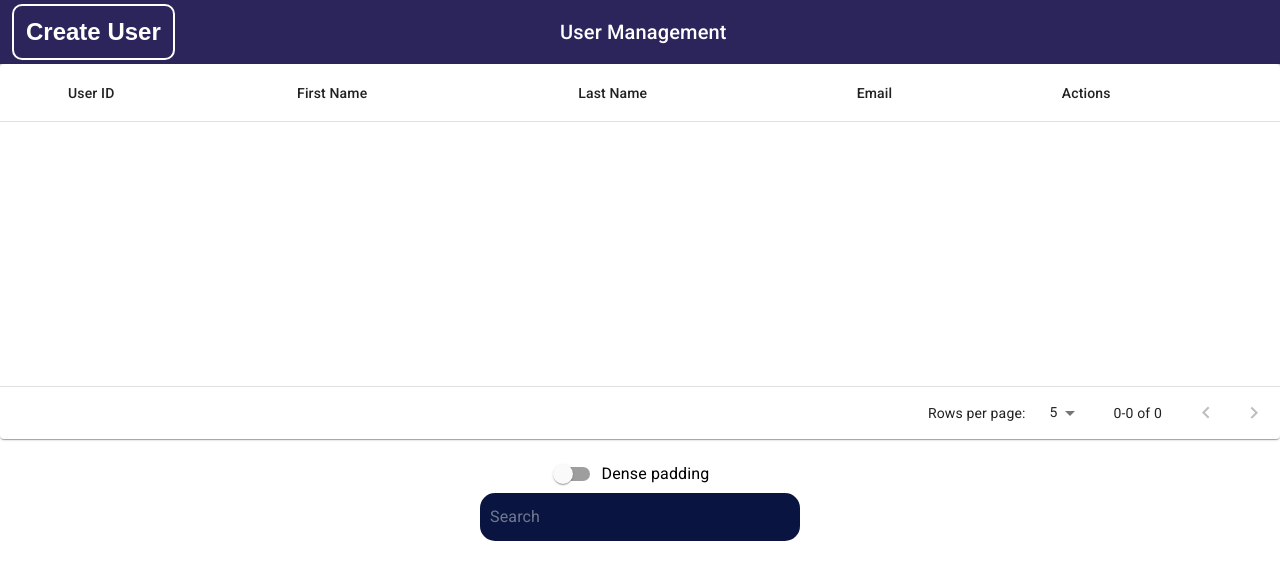
Repository: ginkakuzmanova/simple-user-management-system
Page: / (app in user-management-system/)
The author's editor kept a copy of each file at every save. The page is drawn from the files as they stood at one save, then again after a run of saves.
The browser window is 1280 px wide. The pictures show the whole page.
The project was rebuilt for these pictures with package versions that can differ from the ones it lists, and the page was loaded fresh each time. Also part of the build but not shown: user-management-system/src/components/FormHeader.js, user-management-system/src/validation/userSchema.js, user-management-system/src/pages/users/UserEditForm.js, user-management-system/src/pages/users/UsersEditing.js, user-management-system/src/components/Notification.js, user-management-system/src/pages/users/UserForm.js, user-management-system/src/pages/users/UsersAddition.js.

Above is the page before, as saved 2020-10-31 13:51:08.

### user-management-system/public/index.html
<!DOCTYPE html>
<html lang="en">
  <head>
    <meta charset="utf-8" />
    <link rel="icon" href="%PUBLIC_URL%/favicon.svg" />
    <meta name="viewport" content="width=device-width, initial-scale=1" />
    <meta name="theme-color" content="#000000" />
    <meta
      name="description"
      content="Web site created using create-react-app"
    />
    <link rel="manifest" href="%PUBLIC_URL%/manifest.json" />
    <link rel="stylesheet" href="https://fonts.googleapis.com/css?family=Roboto:300,400,500,700&display=swap" />
    <link rel="stylesheet" href="https://fonts.googleapis.com/icon?family=Material+Icons" />
    <title>User management</title>
  </head>
  <body>
    <noscript>You need to enable JavaScript to run this app.</noscript>
    <div id="root"></div>

  </body>
</html>

### user-management-system/src/index.js
import React from "react";
import ReactDOM from "react-dom";
import "./index.css";
import App from "./App";
import { Provider } from "react-redux";
import { store, persistor } from "./store";
import { PersistGate } from "redux-persist/integration/react";

const renderApp = () =>
  ReactDOM.render(
    <React.StrictMode>
      <Provider store={store}>
        <PersistGate loading={null} persistor={persistor}>
          <App />
        </PersistGate>
      </Provider>
    </React.StrictMode>,
    document.getElementById("root")
  );

if (module.hot) {
  module.hot.accept("./App", renderApp);
}

renderApp();

### user-management-system/src/App.js
import React from "react";
import "./App.css";
import { BrowserRouter } from "react-router-dom";
import Header from "./components/Header";
import { AppRoutes } from "./AppRoutes";

function App() {
  return (
    <div className='App'>
      <BrowserRouter>
        <Header />
        <AppRoutes />
      </BrowserRouter>
    </div>
  );
}
export default App;

### user-management-system/src/store/index.js
import { configureStore, getDefaultMiddleware } from "@reduxjs/toolkit";
import { rootReducer } from "./rootReducer.js";
import {
  persistStore,
  persistReducer,
  FLUSH,
  REHYDRATE,
  PAUSE,
  PERSIST,
  PURGE,
  REGISTER,
} from "redux-persist";
import storage from "redux-persist/lib/storage";

const persistConfig = {
  key: "root",
  version: 1,
  storage,
};

const persistedReducer = persistReducer(persistConfig, rootReducer);

const store = configureStore({
  reducer: persistedReducer,
  middleware: getDefaultMiddleware({
    serializableCheck: {
      ignoredActions: [FLUSH, REHYDRATE, PAUSE, PERSIST, PURGE, REGISTER],
    },
  }),
});

let persistor = persistStore(store);

export { store, persistor };

### user-management-system/src/components/Header.js
import React from "react";
import AppBar from "@material-ui/core/AppBar";
import Toolbar from "@material-ui/core/Toolbar";
import IconButton from "@material-ui/core/IconButton";
import Typography from "@material-ui/core/Typography";
import { makeStyles } from "@material-ui/core/styles";
import { useHistory } from "react-router-dom";

const useStyles = makeStyles((theme) => ({
  root: {
    flexGrow: 1,
  },
  menuButton: {
    marginRight: theme.spacing(2),
    border: "2px solid white",
    borderRadius: "10px !important",
  },
  title: {
    flexGrow: 1,
    display: "none",
    marginRight: "10rem",
    [theme.breakpoints.up("sm")]: {
      display: "block",
    },
  },
  inputRoot: {
    color: "inherit",
  },
  inputInput: {
    padding: theme.spacing(1, 1, 1, 0),
    paddingLeft: `calc(1em + ${theme.spacing(4)}px)`,
    transition: theme.transitions.create("width"),
    width: "100%",
    [theme.breakpoints.up("sm")]: {
      width: "12ch",
      "&:focus": {
        width: "20ch",
      },
    },
  },
  appBar: {
    backgroundColor: "rgb(44, 37, 92)",
  },
}));

export default function Header() {
  const history = useHistory();
  const classes = useStyles();
  return (
    <div className={classes.root}>
      <AppBar position='static' className={classes.appBar}>
        <Toolbar>
          <IconButton
            edge='start'
            className={classes.menuButton}
            color='inherit'
            aria-label='open drawer'
            onClick={() => history.push("/add")}
          >
            <b>Create User</b>
          </IconButton>
          <Typography className={classes.title} variant='h6' noWrap>
            User Management
          </Typography>
        </Toolbar>
      </AppBar>
    </div>
  );
}

### user-management-system/src/AppRoutes.js
import React from "react";
import { Route, Switch } from "react-router-dom";
import UsersTable from "./pages/users/UsersList";
import UsersAddition from "./pages/users/UsersAddition";

const AppRoutes = () => {
  return (
    <Switch>
      <Route exact path='/'>
        <UsersTable />
      </Route>
      <Route path='/add'>
        <UsersAddition />
      </Route>
    </Switch>
  );
};

export { AppRoutes };

### user-management-system/src/store/rootReducer.js
import { combineReducers } from "redux";
import { copyReducer } from "./copySlice";
import { usersReducer } from "./usersSlice";

export const rootReducer = combineReducers({
  users: usersReducer,
  copyUsers: copyReducer
});

### user-management-system/src/pages/users/UsersList.js
import React, {useEffect}from "react";
import PropTypes from "prop-types";
import { makeStyles } from "@material-ui/core/styles";
import { Button } from "@material-ui/core";
import Table from "@material-ui/core/Table";
import TableBody from "@material-ui/core/TableBody";
import TableCell from "@material-ui/core/TableCell";
import TableContainer from "@material-ui/core/TableContainer";
import TableHead from "@material-ui/core/TableHead";
import TablePagination from "@material-ui/core/TablePagination";
import TableRow from "@material-ui/core/TableRow";
import TableSortLabel from "@material-ui/core/TableSortLabel";
import Paper from "@material-ui/core/Paper";
import Checkbox from "@material-ui/core/Checkbox";
import InputBase from "@material-ui/core/InputBase";
import FormControlLabel from "@material-ui/core/FormControlLabel";
import Switch from "@material-ui/core/Switch";
import { useSelector, useDispatch } from "react-redux";
import EditDialog from "../../components/EditDialog";
import ConfirmDialog from "../../components/ConfirmDialog";
import UsersEditing from "./UsersEditing";
import { copyUsers, filterUsers } from "../../store/copySlice";

function descendingComparator(a, b, orderBy) {
  if (b[orderBy] < a[orderBy]) {
    return -1;
  }
  if (b[orderBy] > a[orderBy]) {
    return 1;
  }
  return 0;
}

function getComparator(order, orderBy) {
  return order === "desc"
    ? (a, b) => descendingComparator(a, b, orderBy)
    : (a, b) => -descendingComparator(a, b, orderBy);
}

function stableSort(array, comparator) {
  const stabilizedThis = array.map((el, index) => [el, index]);
  stabilizedThis.sort((a, b) => {
    const order = comparator(a[0], b[0]);
    if (order !== 0) return order;
    return a[1] - b[1];
  });

  return stabilizedThis.map((el) => el[0]);
}

const headCells = [
  {
    id: "id",
    numeric: false,
    disablePadding: true,
    label: "User ID",
  },
  {
    id: "firstName",
    numeric: false,
    disablePadding: false,
    label: "First Name",
  },
  { id: "lastName", numeric: false, disablePadding: false, label: "Last Name" },
  { id: "email", numeric: false, disablePadding: false, label: "Email" },
  { id: "buttons", numeric: false, disablePadding: false, label: "Actions" },
];

function EnhancedTableHead(props) {
  const { classes, order, orderBy, onRequestSort } = props;
  const createSortHandler = (property) => (event) => {
    onRequestSort(event, property);
  };

  return (
    <TableHead>
      <TableRow>
        <TableCell padding='checkbox' />
        {headCells.map((headCell) => (
          <TableCell
            key={headCell.id}
            align={headCell.numeric ? "right" : "left"}
            sortDirection={orderBy === headCell.id ? order : false}
          >
            <TableSortLabel
              active={orderBy === headCell.id}
              direction={orderBy === headCell.id ? order : "asc"}
              onClick={createSortHandler(headCell.id)}
            >
              {headCell.label}
              {orderBy === headCell.id ? (
                <span className={classes.visuallyHidden}>
                  {order === "desc" ? "sorted descending" : "sorted ascending"}
                </span>
              ) : null}
            </TableSortLabel>
          </TableCell>
        ))}
      </TableRow>
    </TableHead>
  );
}

EnhancedTableHead.propTypes = {
  classes: PropTypes.object.isRequired,
  numSelected: PropTypes.number.isRequired,
  onRequestSort: PropTypes.func.isRequired,
  onSelectAllClick: PropTypes.func.isRequired,
  order: PropTypes.oneOf(["asc", "desc"]).isRequired,
  orderBy: PropTypes.string.isRequired,
  rowCount: PropTypes.number.isRequired,
};

const useStyles = makeStyles((theme) => ({
  root: {
    width: "100%",
  },
  paper: {
    width: "100%",
    marginBottom: theme.spacing(2),
  },
  table: {
    minWidth: 750,
  },
  button: {
    opacity: "0",
    "&:hover": {
      opacity: "1",
    },
  },
  visuallyHidden: {
    border: 0,
    clip: "rect(0 0 0 0)",
    height: 1,
    margin: -1,
    overflow: "hidden",
    padding: 0,
    position: "absolute",
    top: 20,
    width: 1,
  },
}));

export default function EnhancedTable() {
  const users = useSelector((state) => state.users);
  const rows = useSelector((state) => state.copyUsers);
  const dispatch = useDispatch();
  const classes = useStyles();
  const [order, setOrder] = React.useState("asc");
  const [orderBy, setOrderBy] = React.useState("calories");
  const [selected, setSelected] = React.useState([]);
  const [page, setPage] = React.useState(0);
  const [dense, setDense] = React.useState(false);
  const [rowsPerPage, setRowsPerPage] = React.useState(5);
  const [openDialog, setOpenDialog] = React.useState(false);
  const [recordForEdit, setRecordForEdit] = React.useState(null);
  const [confirmDialog, setConfirmDialog] = React.useState({
    isOpen: false,
    title: "",
    subtitle: "",
    recordToDelete: null,
  });

  useEffect(()=> {
    dispatch(copyUsers(users))
  }, [users])

  const handleSearch = (e) => {
    let target = e.target;
    console.log(target.value);
    if (target.value === "") dispatch(copyUsers(users));
    else dispatch(filterUsers(target.value.toLowerCase()));
  };

  const handleRequestSort = (event, property) => {
    const isAsc = orderBy === property && order === "asc";
    setOrder(isAsc ? "desc" : "asc");
    setOrderBy(property);
  };

  const handleSelectAllClick = (event) => {
    if (event.target.checked) {
      const newSelecteds = rows.map((n) => n.id);
      setSelected(newSelecteds);
      return;
    }
    setSelected([]);
  };

  const handleClick = (event, name) => {
    const selectedIndex = selected.indexOf(name);
    let newSelected = [];

    if (selectedIndex === -1) {
      newSelected = newSelected.concat(selected, name);
    } else if (selectedIndex === 0) {
      newSelected = newSelected.concat(selected.slice(1));
    } else if (selectedIndex === selected.length - 1) {
      newSelected = newSelected.concat(selected.slice(0, -1));
    } else if (selectedIndex > 0) {
      newSelected = newSelected.concat(
        selected.slice(0, selectedIndex),
        selected.slice(selectedIndex + 1)
      );
    }
    setSelected(newSelected);
  };
  const handleChangePage = (event, newPage) => {
    setPage(newPage);
  };
  const handleChangeRowsPerPage = (event) => {
    setRowsPerPage(parseInt(event.target.value, 10));
    setPage(0);
  };
  const handleChangeDense = (event) => {
    setDense(event.target.checked);
  };
  const isSelected = (name) => selected.indexOf(name) !== -1;
  const openInModal = (item) => {
    setRecordForEdit(item);
    setOpenDialog(true);
  };
  const emptyRows =
    rowsPerPage - Math.min(rowsPerPage, rows.length - page * rowsPerPage);
  return (
    <div className={classes.root}>
      <Paper className={classes.paper}>
        <TableContainer>
          <Table
            className={classes.table}
            aria-labelledby='tableTitle'
            size={dense ? "small" : "medium"}
            aria-label='enhanced table'
          >
            <EnhancedTableHead
              classes={classes}
              numSelected={selected.length}
              order={order}
              orderBy={orderBy}
              onSelectAllClick={handleSelectAllClick}
              onRequestSort={handleRequestSort}
              rowCount={rows.length}
            />
            <TableBody>
              {stableSort(rows, getComparator(order, orderBy))
                .slice(page * rowsPerPage, page * rowsPerPage + rowsPerPage)
                .map((row, index) => {
                  const isItemSelected = isSelected(row.id);
                  const labelId = `enhanced-table-checkbox-${index}`;

                  return (
                    <TableRow
                      hover
                      onClick={(event) => handleClick(event, row.id)}
                      role='checkbox'
                      aria-checked={isItemSelected}
                      tabIndex={-1}
                      key={row.id}
                      selected={isItemSelected}
                    >
                      <TableCell padding='checkbox'>
                        <Checkbox
                          checked={isItemSelected}
                          inputProps={{ "aria-labelledby": labelId }}
                        />
                      </TableCell>
                      <TableCell
                        component='th'
                        id={labelId}
                        scope='row'
                        padding='none'
                      >
                        {row.id}
                      </TableCell>
                      <TableCell>{row.firstName}</TableCell>
                      <TableCell>{row.lastName}</TableCell>
                      <TableCell>{row.email}</TableCell>
                      <TableCell className={classes.button}>
                        <Button
                          style={{ marginRight: "30px" }}
                          variant='outlined'
                          color='secondary'
                          onClick={() => {
                            setConfirmDialog({
                              isOpen: true,
                              title:
                                "Are you sure you want to delete this user?",
                              subtitle: "This operation can't be undone!",
                              recordToDelete: row,
                            });
                          }}
                        >
                          Delete
                        </Button>
                        <Button
                          variant='outlined'
                          color='primary'
                          onClick={() => openInModal(row)}
                        >
                          Edit
                        </Button>
                      </TableCell>
                    </TableRow>
                  );
                })}
              {emptyRows > 0 && (
                <TableRow style={{ height: (dense ? 33 : 53) * emptyRows }}>
                  <TableCell colSpan={6} />
                </TableRow>
              )}
            </TableBody>
          </Table>
        </TableContainer>
        <TablePagination
          rowsPerPageOptions={[5, 10, 20]}
          component='div'
          count={rows.length}
          rowsPerPage={rowsPerPage}
          page={page}
          onChangePage={handleChangePage}
          onChangeRowsPerPage={handleChangeRowsPerPage}
        />
      </Paper>
      <EditDialog openPopup={openDialog} setOpenPopup={setOpenDialog}>
        <UsersEditing recordForEdit={recordForEdit} />
      </EditDialog>
      <ConfirmDialog
        confirmDialog={confirmDialog}
        setConfirmDialog={setConfirmDialog}
      />
      <FormControlLabel
        control={<Switch checked={dense} onChange={handleChangeDense} />}
        label='Dense padding'
      />
      <InputBase
        placeholder='Search'
        style={{
          display: "block",
          width: "25%",
          backgroundColor: "#091540",
          color: "#fff",
          padding: "8px 10px",
          margin: "0 auto",
          borderRadius: "15px",
        }}
        onChange={(e) => handleSearch(e)}
      />
    </div>
  );
}

### user-management-system/src/store/copySlice.js
import { createSlice } from "@reduxjs/toolkit";

const { reducer: copyReducer, actions } = createSlice({
  name: "copy",
  initialState: [],
  reducers: {
    copyUsers: (state, action) => {

        // for (let i = 0; i < action.payload.length; i++) {
        //     state[i] = action.payload[i];
        //   }
       return state = action.payload.map(a => ({...a}));
    },

    filterUsers: (state, action) => {
        const firstName = action.payload;
        return state.filter(u => u.firstName.toLowerCase().includes(firstName))
    }
  },
});

export { copyReducer };

export const copyUsers = (users) => {
  return (dispatch) => {
    dispatch(actions.copyUsers(users));
  };
};

export const filterUsers = (firstName) => {
  return (dispatch) => {
    dispatch(actions.filterUsers(firstName));
  };
};

### user-management-system/src/store/usersSlice.js
import uuid from "uuid";
import { createSlice } from "@reduxjs/toolkit";

const { reducer: usersReducer, actions } = createSlice({
  name: "users",
  initialState: [],
  reducers: {
    addUser: (state, action) => {
      const { firstName, lastName, email } = action.payload;
      if (!state.includes(action.payload)) {
        state.push({ id: uuid(), firstName, lastName, email });
      } else {
        throw new Error();
      }
    },
    editUser: (state, action) => {
      const { id } = action.payload;
      for (let i = 0; i < state.length; i++) {
        const user = state[i];
        if (user.id === id) {
          user.firstName = action.payload.firstName;
          user.lastName = action.payload.lastName;
          user.email = action.payload.email;
        }
      }
    },
    deleteUser: (state, action) => {
      const { id } = action.payload;
      const toDel = state.find((user) => user.id === id);
      const index = state.indexOf(toDel);
      state.splice(index, 1);
    },
  },
});

export { usersReducer };

export const addUser = (user) => {
  return (dispatch) => {
    dispatch(actions.addUser(user));
  };
};

export const editUser = ({ ...user }) => {
  return (dispatch) => {
    dispatch(actions.editUser(user));
  };
};

export const removeUser = (user) => {
  return (dispatch) => {
    dispatch(actions.deleteUser(user));
  };
};

### user-management-system/src/components/EditDialog.js
import React from "react";
import {
  Dialog,
  DialogTitle,
  DialogContent,
  makeStyles,
  Typography,
} from "@material-ui/core";
import { Button } from "@material-ui/core";
import CloseIcon from "@material-ui/icons/Close";

const useStyles = makeStyles((theme) => ({
  dialogWrapper: {
    padding: theme.spacing(2),
    position: "absolute",
    top: theme.spacing(5),
  },
  dialogTitle: {
    paddingRight: "0px",
  },
}));

export default function EditDialog(props) {
  const { title, children, openPopup, setOpenPopup } = props;
  const classes = useStyles();

  return (
    <Dialog
      open={openPopup}
      maxWidth='md'
      classes={{ paper: classes.dialogWrapper }}
    >
      <DialogTitle className={classes.dialogTitle}>
        <div style={{ display: "flex" }}>
          <Typography variant='h6' component='div' style={{ flexGrow: 1 }}>
            {title}
          </Typography>
          <Button
            color='secondary'
            onClick={() => {
              setOpenPopup(false);
            }}
          >
            <CloseIcon />
          </Button>
        </div>
      </DialogTitle>
      <DialogContent
        dividers
        style={{
          display: "grid",
          gridTemplateColumns: "1fr",
          justifyItems: "center",
          alignItems: "center",
        }}
      >
        {children}
      </DialogContent>
    </Dialog>
  );
}

### user-management-system/src/components/ConfirmDialog.js
import React from "react";
import {
  Dialog,
  DialogTitle,
  DialogContent,
  DialogActions,
  Typography,
  makeStyles,
  IconButton,
  Button,
} from "@material-ui/core";
import { useDispatch } from "react-redux";
import { removeUser } from "../store/usersSlice";
import NotListedLocationIcon from "@material-ui/icons/NotListedLocation";

const useStyles = makeStyles((theme) => ({
  dialog: {
    padding: theme.spacing(2),
    position: "absolute",
    top: theme.spacing(5),
  },
  dialogTitle: {
    textAlign: "center",
  },
  dialogContent: {
    textAlign: "center",
  },
  dialogAction: {
    justifyContent: "center",
  },
  titleIcon: {
    backgroundColor: theme.palette.secondary.light,
    color: theme.palette.secondary.main,
    "&:hover": {
      backgroundColor: theme.palette.secondary.light,
      cursor: "default",
    },
    "& .MuiSvgIcon-root": {
      fontSize: "8rem",
    },
  },
}));

export default function ConfirmDialog(props) {
  const { confirmDialog, setConfirmDialog } = props;
  const onDelete = () => {
    dispatch(removeUser(confirmDialog.recordToDelete));
    setConfirmDialog({ ...confirmDialog, isOpen: false });
  };
  const classes = useStyles();
  const dispatch = useDispatch();
  return (
    <Dialog open={confirmDialog.isOpen} classes={{ paper: classes.dialog }}>
      <DialogTitle className={classes.dialogTitle}>
        <IconButton disableRipple className={classes.titleIcon}>
          <NotListedLocationIcon />
        </IconButton>
      </DialogTitle>
      <DialogContent className={classes.dialogContent}>
        <Typography variant='h6'>{confirmDialog.title}</Typography>
        <Typography variant='subtitle2'>{confirmDialog.subtitle}</Typography>
      </DialogContent>
      <DialogActions className={classes.dialogAction}>
        <Button
          style={{ padding: "15px" }}
          color='primary'
          onClick={() => setConfirmDialog({ ...confirmDialog, isOpen: false })}
        >
          No
        </Button>
        <Button
          style={{ padding: "15px" }}
          text='Yes'
          color='secondary'
          onClick={() => onDelete()}
        >
          Yes
        </Button>
      </DialogActions>
    </Dialog>
  );
}

Loaded but not shown: user-management-system/src/index.css (common file); user-management-system/src/App.css (common file)

After the next 2 saves:
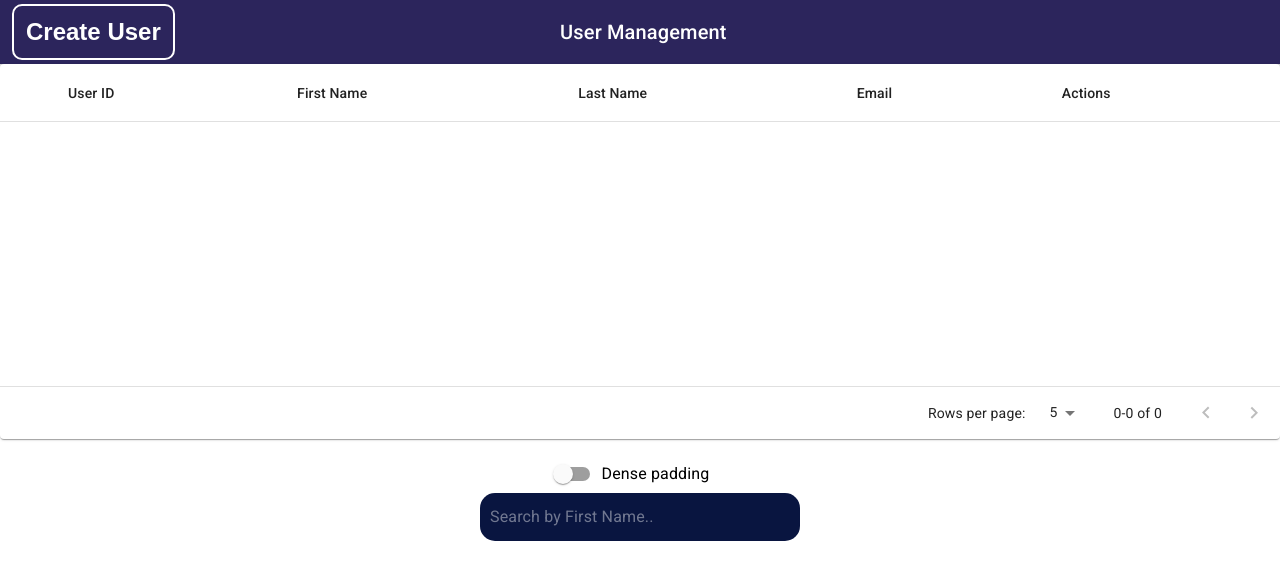
The 2 saves are shown as one change because they came seconds apart.
The last was saved 8 s later.
--- a/user-management-system/src/pages/users/UsersList.js
+++ b/user-management-system/src/pages/users/UsersList.js
@@ -333,7 +333,7 @@ export default function EnhancedTable() {
         label='Dense padding'
       />
       <InputBase
-        placeholder='Search'
+        placeholder='Search by First Name..'
         style={{
           display: "block",
           width: "25%",
